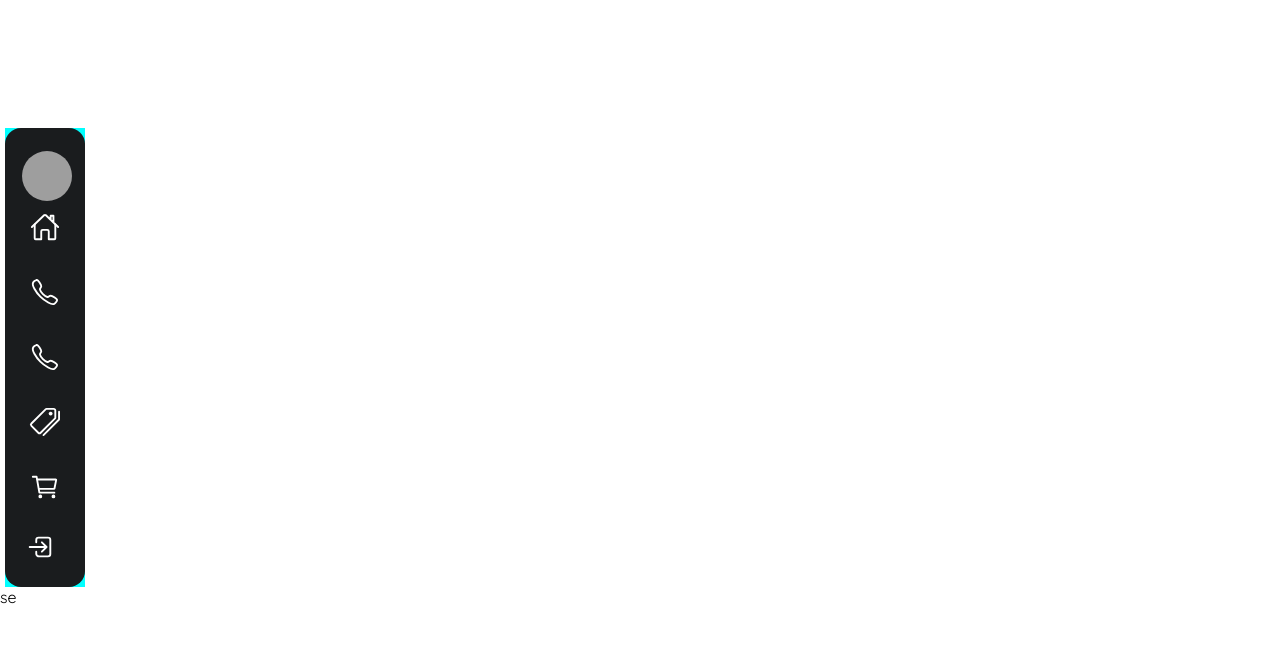
Repository: Fuocmanh/demo
Page: site/nav.html
The author's editor kept a copy of each file at every save. The page is drawn from the files as they stood at one save, then again after a run of saves.
The browser window is 1280 px wide. The pictures show the whole page.
Pictures or frames that could not be fetched are drawn as grey boxes.

Above is the page before, as saved 2022-12-30 12:45:45.

After the next 2 saves:
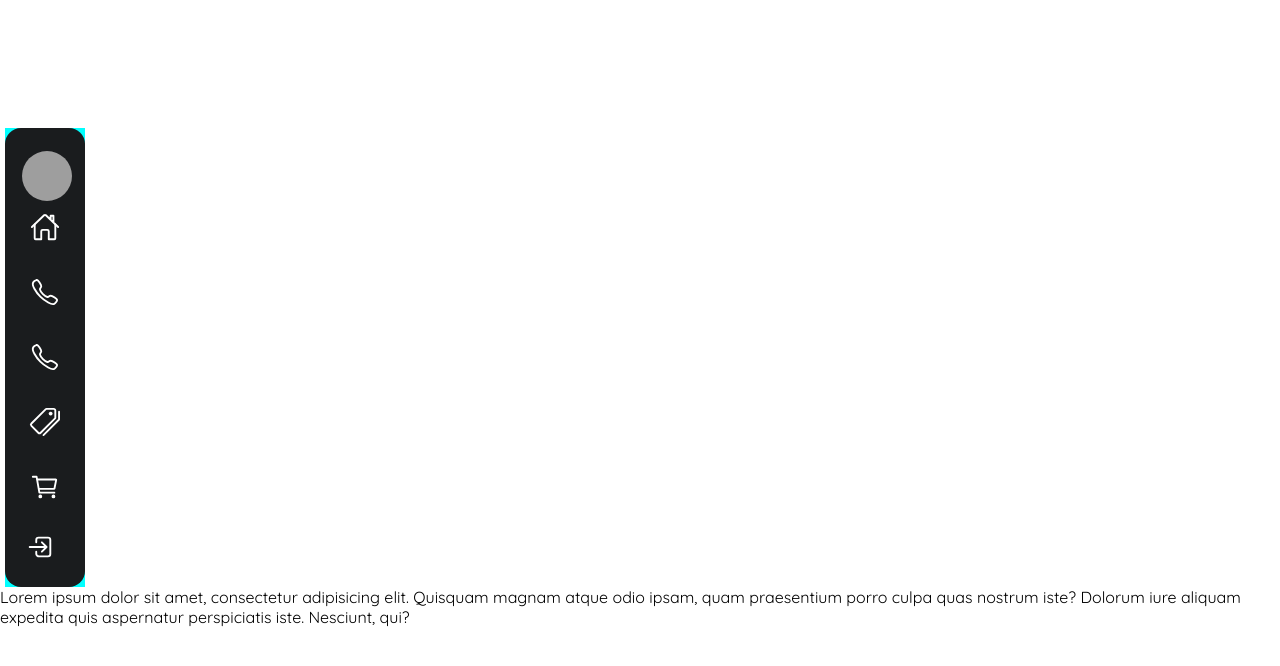
The 2 saves are shown as one change because they came seconds apart.
The last was saved 6 s later.
--- a/site/nav.html
+++ b/site/nav.html
@@ -62,7 +62,9 @@
             </div> -->
         </div>
     </section>
-    se
+    <section>
+        <p>Lorem ipsum dolor sit amet, consectetur adipisicing elit. Quisquam magnam atque odio ipsam, quam praesentium porro culpa quas nostrum iste? Dolorum iure aliquam expedita quis aspernatur perspiciatis iste. Nesciunt, qui?</p>
+    </section>
     <script src="../js/style.js"></script>
 </body>
 
